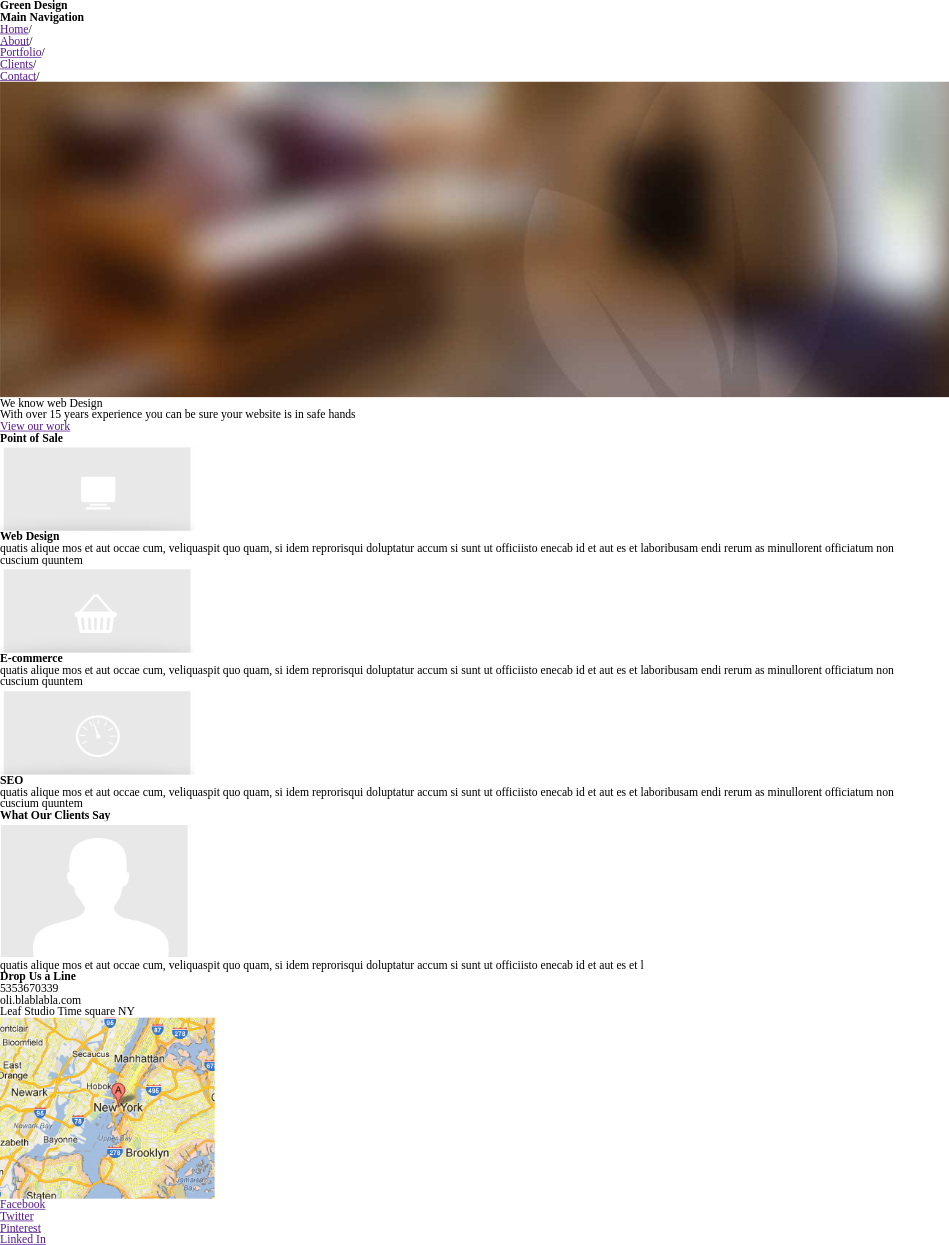
Repository: Piterwk1/psd-to-html
Page: website/index.html
The author's editor kept a copy of each file at every save. The page is drawn from the files as they stood at one save, then again after the next save.
The browser window is 1280 px wide. The page is 1300 px wide, so the pictures cover 1300 px, including what lies to the right of the window. The pictures show the whole page, at 73% of full size.

Above is the page before, as saved 2021-09-13 21:41:29.

### website/index.html
<html lang="en">

<head>
    <meta charset="UTF-8">
    <meta http-equiv="X-UA-Compatible" content="IE=edge">
    <meta name="viewport" content="width=device-width, initial-scale=1.0">
    <title>Green Design</title>
    <link rel="stylesheet" href="style.css">
</head>

<body>
    <header>
        <div class="wrapper">
            <h1 id="logo">Green Design</h1>
            <nav>
                <h2>Main Navigation</h2>
                <ul>
                    <li><a href="">Home</a><span>/</span></li>
                    <li><a href="">About</a><span>/</span></li>
                    <li><a href="">Portfolio</a><span>/</span></li>
                    <li><a href="">Clients</a><span>/</span></li>
                    <li><a href="">Contact</a><span>/</span></li>
                </ul>
            </nav>
        </div>
    </header>
    <div id="lead-banner">
        <img src="images/Baner.jpg" alt="main banner">
        <div class="banner-overlay">
            <div class="wrapper">
                <div class="banner-title">We know web Design</div>
                <p>With over 15 years experience you can be sure your website is in safe hands</p>
                <a href="">View our work</a>
            </div>
        </div>
    </div>
    <div id="main-content">

        <div class="wrapper">

            <section id="points-of-sale">
                <h2>Point of Sale</h2>
                <ul>
                    <li>
                        <img src="images/cs1.png" alt="Web Design">
                        <h3>Web Design</h3>
                        <p>quatis alique mos et aut occae cum, veliquaspit quo quam, si idem reprorisqui doluptatur
                            accum si
                            sunt ut officiisto enecab id et aut es et laboribusam endi rerum as minullorent officiatum
                            non
                            cuscium quuntem</p>
                    </li>
                    <li>
                        <img src="images/cs2.png" alt="E-commerce">
                        <h3>E-commerce</h3>
                        <p>quatis alique mos et aut occae cum, veliquaspit quo quam, si idem reprorisqui doluptatur
                            accum si
                            sunt ut officiisto enecab id et aut es et laboribusam endi rerum as minullorent officiatum
                            non
                            cuscium quuntem</p>
                    </li>
                    <li>
                        <img src="images/cs3.png" alt="SEO">
                        <h3>SEO</h3>
                        <p>quatis alique mos et aut occae cum, veliquaspit quo quam, si idem reprorisqui doluptatur
                            accum si
                            sunt ut officiisto enecab id et aut es et laboribusam endi rerum as minullorent officiatum
                            non
                            cuscium quuntem</p>
                    </li>
                </ul>
            </section>
            <section id="clients">
                <h2>What Our Clients Say</h2>
                <img src="images/head.png" alt="head">
                <!-- <img src="images/quotes.png" alt="quotes"> -->
                <blockquote>quatis alique mos et aut occae cum, veliquaspit quo quam, si idem reprorisqui doluptatur
                    accum
                    si sunt ut officiisto enecab id et aut es et l</blockquote>
            </section>
            <section id="contact">
                <h2>Drop Us a Line</h2>
                <ul id="contact-methods">
                    <li>5353670339</li>
                    <li>oli.blablabla.com</li>
                    <li>
                        <span>Leaf Studio</span>
                        <span>Time square</span>
                        <span>NY</span>
                    </li>
                </ul>
                <img src="images/map.png" alt="map">
                <ul id="social-map">
                    <li class="facebook"><a href="">Facebook</a></li>
                    <li class="twitter"><a href="">Twitter</a></li>
                    <li class="pinterest"><a href="">Pinterest</a></li>
                    <li class="linked-in"><a href="">Linked In</a></li>
                </ul>
            </section>
        </div>
    </div>
</body>

</html>

### website/style.css
html, body, div, span, object, iframe,
h1, h2, h3, h4, h5, h6, p, blockquote, pre,
abbr, address, cite, code,
del, dfn, em, img, ins, kbd, q, samp,
small, strong, sub, sup, var,
b, i,
dl, dt, dd, ol, ul, li,
fieldset, form, label, legend,
table, caption, tbody, tfoot, thead, tr, th, td,
article, aside, canvas, details, figcaption, figure,
footer, header, hgroup, menu, nav, section, summary,
time, mark, audio, video {
    margin:0;
    padding:0;
    border:0;
    outline:0;
    font-size:100%;
    vertical-align:baseline;
    background:transparent;
}

body {
    line-height:1;
}

article,aside,details,figcaption,figure,
footer,header,hgroup,menu,nav,section {
    display:block;
}

nav ul {
    list-style:none;
}

blockquote, q {
    quotes:none;
}

blockquote:before, blockquote:after,
q:before, q:after {
    content:'';
    content:none;
}

a {
    margin:0;
    padding:0;
    font-size:100%;
    vertical-align:baseline;
    background:transparent;
}

/* change colours to suit your needs */
ins {
    background-color:#ff9;
    color:#000;
    text-decoration:none;
}

/* change colours to suit your needs */
mark {
    background-color:#ff9;
    color:#000;
    font-style:italic;
    font-weight:bold;
}

del {
    text-decoration: line-through;
}

abbr[title], dfn[title] {
    border-bottom:1px dotted;
    cursor:help;
}

table {
    border-collapse:collapse;
    border-spacing:0;
}

/* change border colour to suit your needs */
hr {
    display:block;
    height:1px;
    border:0;
    border-top:1px solid #cccccc;
    margin:1em 0;
    padding:0;
}

input, select {
    vertical-align:middle;
}

After the next save:
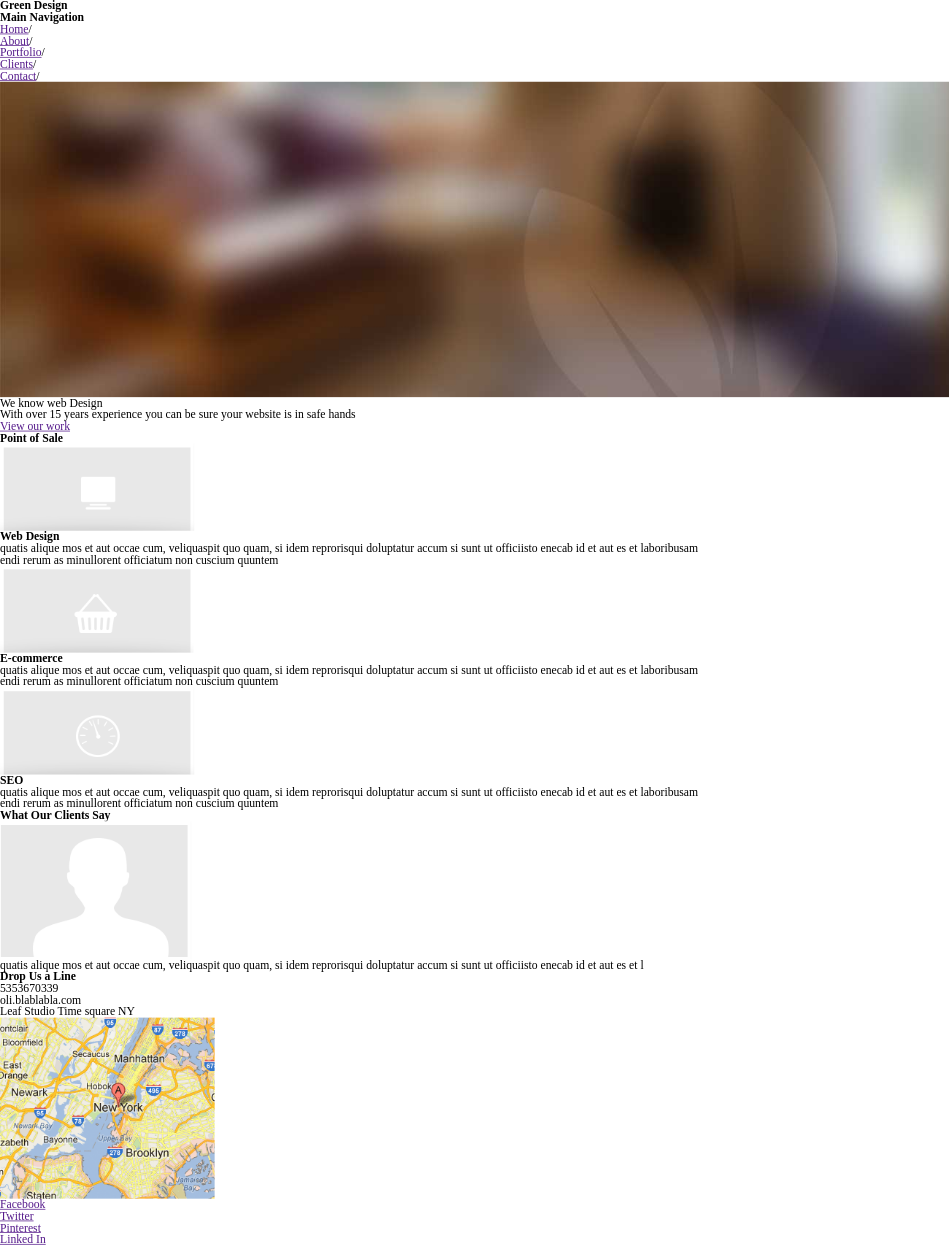
Saved 38 s later.
--- a/website/style.css
+++ b/website/style.css
@@ -92,3 +92,8 @@ hr {
 input, select {
     vertical-align:middle;
 }
+
+.wrapper {
+    width: 100%;
+    max-width: 960px;
+}
